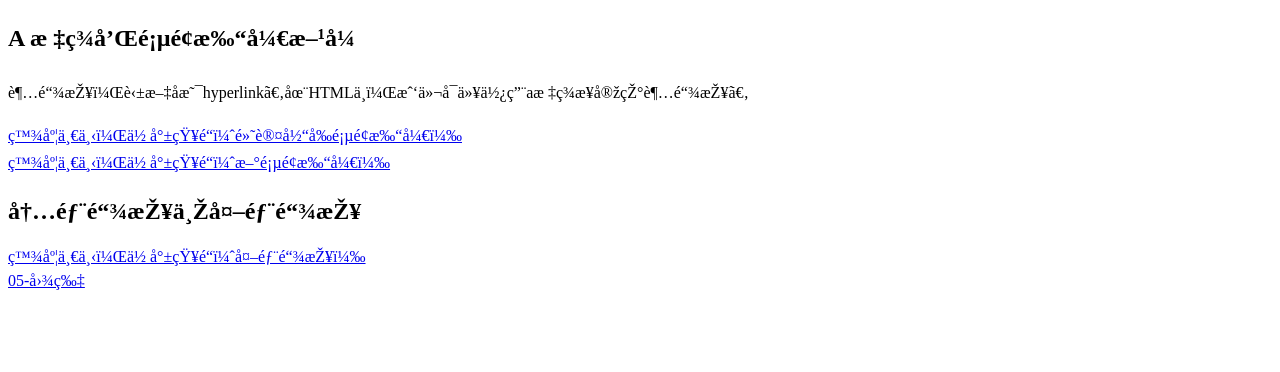
Repository: liang-n/front-end-basics
Page: 08-超链接.html
The author's editor kept a copy of each file at every save. The page is drawn from the files as they stood at one save, then again after a run of saves.
The browser window is 1280 px wide. The pictures show the whole page.

Above is the page before, as saved 2022-05-15 13:18:30.

After the next 6 saves:
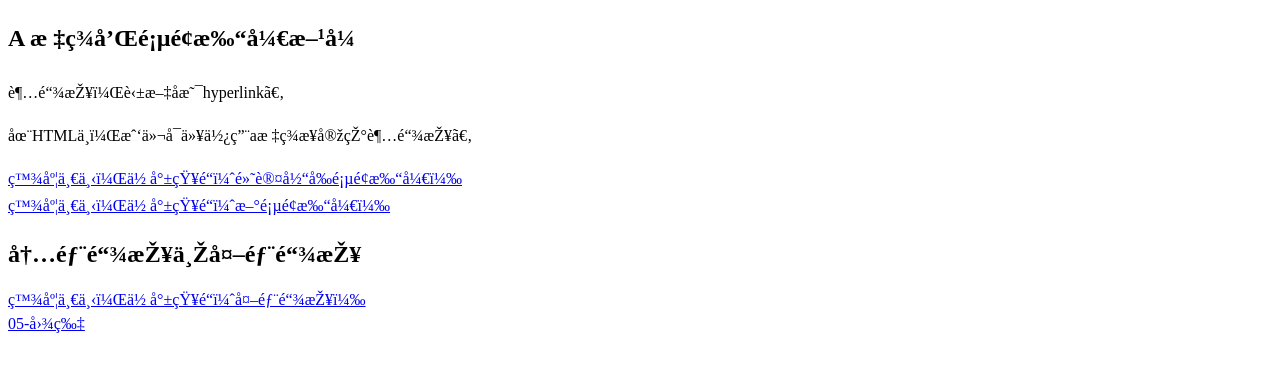
The 6 saves are shown as one change because they came seconds apart.
The last was saved 13 s later.
--- a/08-超链接.html
+++ b/08-超链接.html
@@ -9,7 +9,8 @@
 <body>
     <div>
         <h2>A 标签和页面打开方式</h2>
-        <p>超链接，英文名是hyperlink。在HTML中，我们可以使用a标签来实现超链接。</p>
+        <p>超链接，英文名是hyperlink。</p>
+        <p>在HTML中，我们可以使用a标签来实现超链接。</p>
         <a href="https://www.baidu.coom/">百度一下，你就知道（默认当前页面打开）</a>
         <br>
         <a href="https://www.baidu.coom/" target="_blank">百度一下，你就知道（新页面打开）</a>
